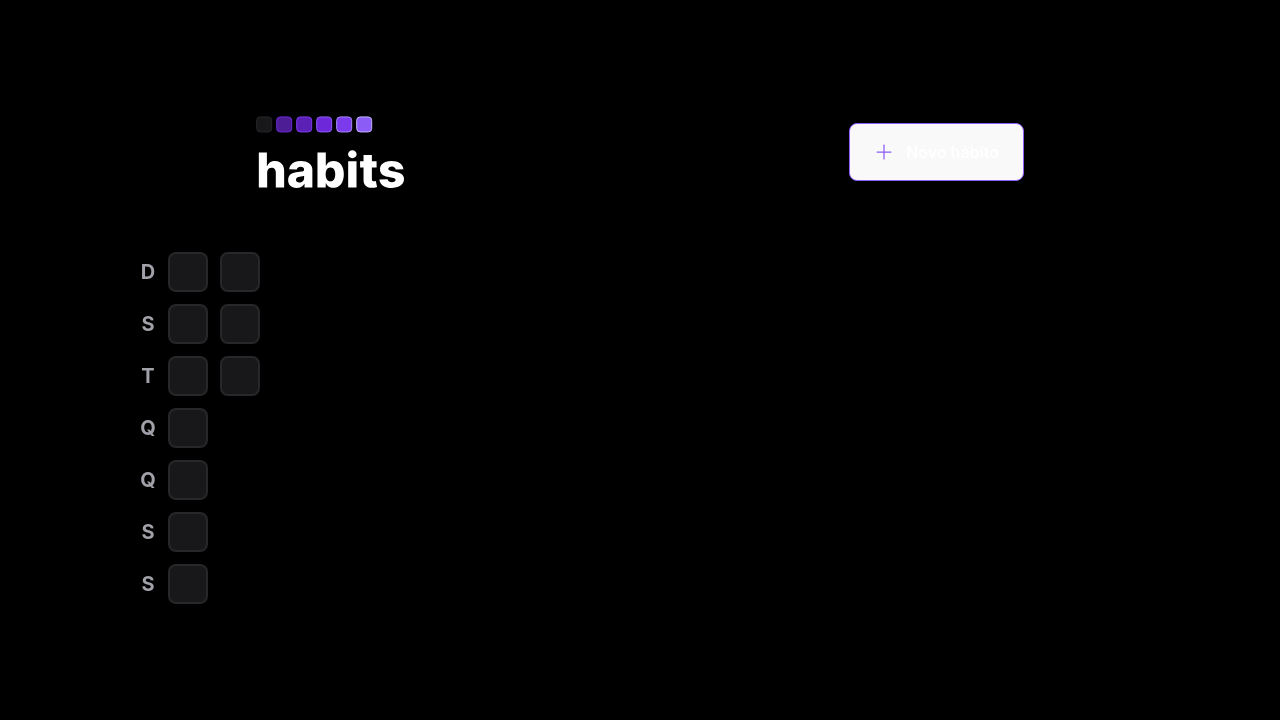
Repository: Herlander929/Setup-Constolador-de-h-bitos
Page: / (app in front-end/web/)
An editor plug-in stored every save of this project. The page is shown before and after the next save, followed by the edit.
The browser window is 1280 px wide. The pictures show the whole page.
The project was rebuilt for these pictures with package versions that can differ from the ones it lists, and the page was loaded fresh each time. Also part of the build but not shown: front-end/web/vite.config.ts.

Above is the page before, as saved 2023-01-19 15:13:58.

### front-end/web/index.html
<!DOCTYPE html>
<html lang="en">
  <head>
    <meta charset="UTF-8" />
    <link rel="icon" type="image/svg+xml" href="/vite.svg" />
    <meta name="viewport" content="width=device-width, initial-scale=1.0" />
    <title>Vite + React + TS</title>
  </head>
  <body class="bg-black text-white">
    <div id="root"></div>
    <script type="module" src="/src/main.tsx"></script>
  </body>
</html>

### front-end/web/src/App.tsx
import { Header } from './componentes/Header';
import  {SummaryTable } from './componentes/SummaryTable';
import './styles/global.css';



function App() {

  return (
    <div className="w-screen h-screen flex justify-center items-center">
      <div className="w-full max-w-5xl px-6, flex flex-col gap-16">
    <Header/>
    <SummaryTable/>
      </div>

    </div>
  )
}

export default App

### front-end/web/src/componentes/Header.tsx
import LogoImage from '../assets/logo.svg'
import {Plus} from 'phosphor-react'


export function Header(){
    return (
        <div className="w-full max-w-3xl mx-auto flex items-center justify-between">
        <img src={LogoImage} alt="habits"/>
        <button
        type="button"
        className="border border-violet-500 font-semibold rounded-lg px-6 py-4 flex items-center gap-3 hover:border-violet-300"
        >
          <Plus size={20} className="text-violet-500"/>
            Novo hábito
        </button>
        </div>
    )
}

### front-end/web/src/componentes/SummaryTable.tsx
import HabitDay from "./HabitDay"

const weekDays = ['D', 'S', 'T', 'Q', 'Q', 'S', 'S']


export function SummaryTable() {


    return (
        <div className="w-full flex">
            <div className="grid grid-rows-7 grid-flow-row gap-3">

                {weekDays.map((weekDay, index) => {
                    return (
                        <div  key={`${weekDay}-${index}`}
                        className="text-zinc-400 text-xl font-bold h-10 w-10 flex items-center justify-center">
                            {weekDay}
                        </div>

                    )
                })}


            </div>

            <div className="grid grid-rows-7 grid-flow-col gap-3">
                <HabitDay/>
                <HabitDay/>
                <HabitDay/>
                <HabitDay/>
                <HabitDay/>
                <HabitDay/>
                <HabitDay/>
                <HabitDay/>
                <HabitDay/>
                <HabitDay/>


            </div>
        </div>
    )
}

### front-end/web/src/componentes/HabitDay.tsx

/*
interface HabitDayProps{
    completed: number
} */


export default function HabitDay (){
    return (

            <div className="w-10 h-10 bg-zinc-900 border-2 border-zinc-800 rounded-lg"></div>

    )
}

### front-end/web/tailwind.config.cjs
/** @type {import('tailwindcss').Config} */
module.exports = {
  content: [
    './src/**/*.tsx',
    './index.html'
  ],
  theme: {
    extend: {
      colors:{
        background: '#09090A'
      },
      gridTemplateRows: {
        7: 'repeat(7,minmax(0, 1fr))'
      },
    },
  },
  plugins: [],
}

Loaded but not shown: front-end/web/src/main.tsx (common file); front-end/web/src/index.css (common file); front-end/web/src/styles/global.css (common file)

After the next save:
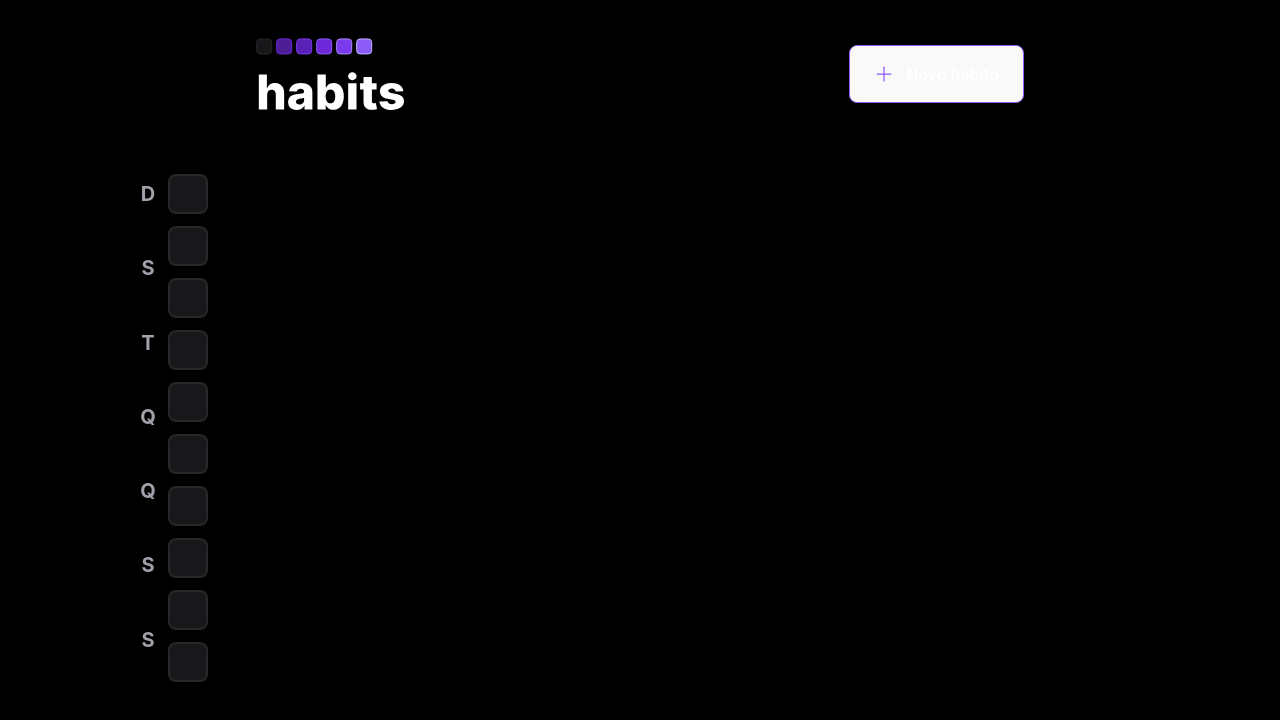
Saved 13 s later.
--- a/front-end/web/src/componentes/SummaryTable.tsx
+++ b/front-end/web/src/componentes/SummaryTable.tsx
@@ -23,7 +23,7 @@
 
             </div>
 
-            <div className="grid grid-rows-7 grid-flow-col gap-3">
+            <div className="grid grid-rows-7 grid-flow-row gap-3">
                 <HabitDay/>
                 <HabitDay/>
                 <HabitDay/>

After the save that followed:
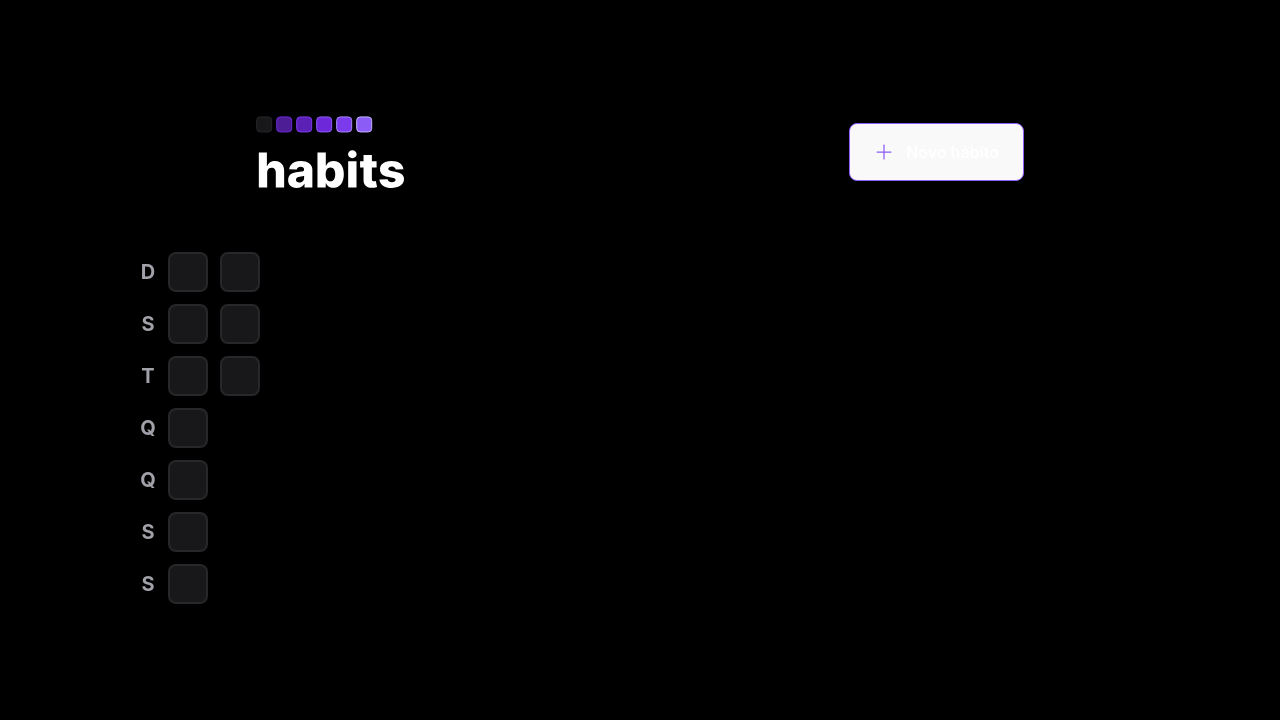
Saved 31 s later.
--- a/front-end/web/src/componentes/SummaryTable.tsx
+++ b/front-end/web/src/componentes/SummaryTable.tsx
@@ -23,7 +23,7 @@
 
             </div>
 
-            <div className="grid grid-rows-7 grid-flow-row gap-3">
+            <div className="grid grid-rows-7 grid-flow-col gap-3">
                 <HabitDay/>
                 <HabitDay/>
                 <HabitDay/>
